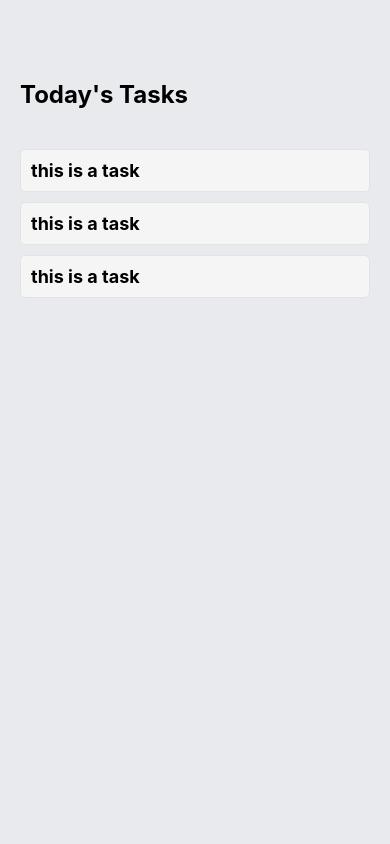
Repository: lomelo-x/ToDo-App
Screen: /
An editor plug-in stored every save of this project. The screen is shown before and after the next save, followed by the edit.
The app was drawn by React Native's web renderer in a window 390 px wide. The project was rebuilt for these pictures with package versions that can differ from the ones it lists, and the page was loaded fresh each time.

Above is the screen before, as saved 2022-06-17 19:37:31.

After the next save:
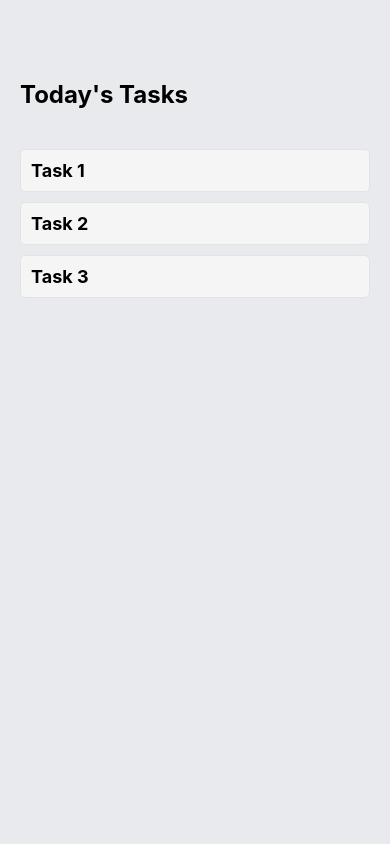
Saved 8 s later.
--- a/components/Task.js
+++ b/components/Task.js
@@ -4,7 +4,7 @@ import { View, Text, StyleSheet } from 'react-native';
 const Task = ({text}) => {
 	return (
 		<View style={styles.task}>
-			<Text style={styles.taskText}>this is a task</Text>
+			<Text style={styles.taskText}>{text}</Text>
 		</View>
 	);
 };
